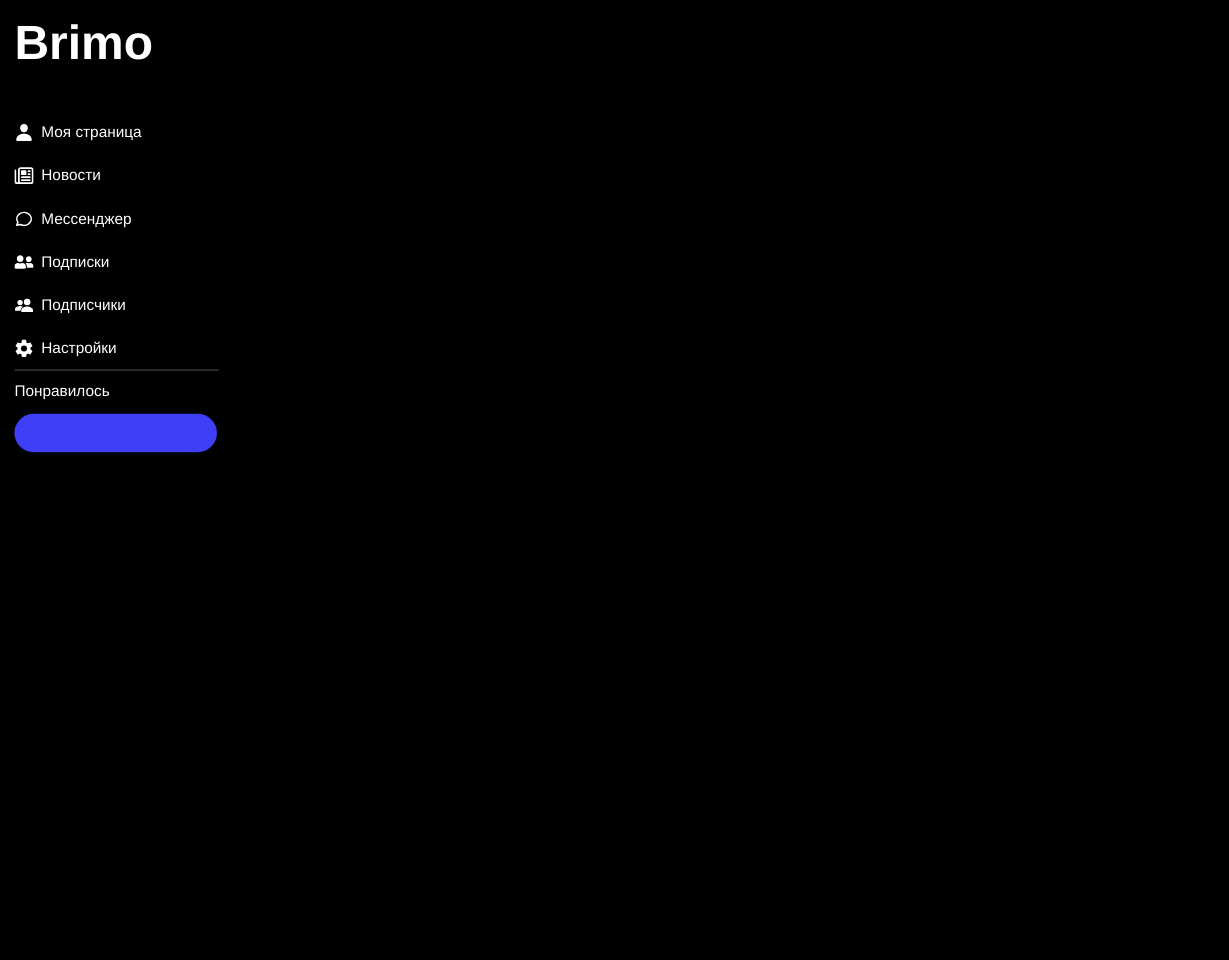
Repository: MaksimKrupkin/socialNetwork
Page: / (app in frontend/socialNetworkFrontend/)
These files come from the project's save history. The page is drawn as it stood at one moment and after the next save; the edit follows.
The browser window is 1280 px wide. The pictures show the whole page, at 96% of full size.
The project was rebuilt for these pictures with package versions that can differ from the ones it lists, and the page was loaded fresh each time. Also part of the build but not shown: frontend/socialNetworkFrontend/vite.config.js, frontend/socialNetworkFrontend/src/index.css.

Above is the page before, as saved 2024-11-27 20:13:19.

### frontend/socialNetworkFrontend/index.html
<!DOCTYPE html>
<html lang="en">
  <head>
    <meta charset="UTF-8" />
    <link rel="icon" type="image/svg+xml" href="/vite.svg" />
    <meta name="viewport" content="width=device-width, initial-scale=1.0" />
    <title>Brimo</title>
  </head>
  <body>
    <div id="root"></div>
    <script type="module" src="/src/main.jsx"></script>
  </body>
</html>

### frontend/socialNetworkFrontend/src/App.jsx
import './App.css';
import { Routes, Route } from 'react-router-dom';
import MainPage from './Pages/MainPage/MainPage';

function App() {
  return (
    <div>
      <Routes>
        <Route path="/" element={<MainPage />} />
      </Routes>
    </div>
  );
}

export default App;

### frontend/socialNetworkFrontend/src/Pages/MainPage/MainPage.jsx
import React from 'react';
import styles from './MainPage.module.scss';
import Navigation from '../../Components/Navigation/Navigation';

function MainPage() {
  return (
    <div className={styles.wrapper}>
      <header className={styles.header}>
        <div className={styles.logo}>Brimo</div>
      </header>
      <Navigation />
    </div>
  );
}
export default MainPage;

### frontend/socialNetworkFrontend/src/Pages/MainPage/MainPage.module.scss
.wrapper {
  margin: 0 auto;
  background-color: black;
  width: 100%;
  height: 1000px;
  color: white;
  font-weight: 700;
  font-family: 'Favorit Modern', 'Helvetica Neue', 'HelveticaNeue', Arial, Helvetica, sans-serif;
  .header {
    height: 100px;
    padding: 15px;
    .logo {
      font-size: 50px;
    }
  }
}

### frontend/socialNetworkFrontend/src/Components/Navigation/Navigation.jsx
import React from 'react';
import styles from './Navigation.module.scss';
import { FaRegNewspaper } from 'react-icons/fa6';
import { TbMessageCircle } from 'react-icons/tb';
import { IoPerson } from 'react-icons/io5';
import { FaUserFriends } from 'react-icons/fa';
import { IoPeopleSharp } from 'react-icons/io5';
import { IoSettingsSharp } from 'react-icons/io5';

const Navigation = () => {
  return (
    <div className={styles.wrapper}>
      <div className={styles.item}>
        <IoPerson fontSize={20} />
        <span className={styles.text}>Моя страница</span>
      </div>
      <div className={styles.item}>
        <FaRegNewspaper fontSize={20} />
        <span className={styles.text}>Новости</span>
      </div>
      <div className={styles.item}>
        <TbMessageCircle fontSize={20} />
        <span className={styles.text}>Мессенджер</span>
      </div>
      <div className={styles.item}>
        <FaUserFriends fontSize={20} />
        <span className={styles.text}>Подписки</span>
      </div>
      <div className={styles.item}>
        <IoPeopleSharp fontSize={20} />
        <span className={styles.text}>Подписчики</span>
      </div>
      <div className={styles.item}>
        <IoSettingsSharp fontSize={20} />
        <span className={styles.text}>Настройки</span>
      </div>
      <hr className={styles.line} />
      <div className={styles.item}>
        <span className={styles.text}>Понравилось</span>
      </div>
      <div className={styles.create_new}></div>
    </div>
  );
};

export default Navigation;

### frontend/socialNetworkFrontend/src/Components/Navigation/Navigation.module.scss
.wrapper {
  width: 19%;
  margin-top: 0px;
  padding: 15px;
  overflow-y: hidden;
}
.item {
  height: 45px;
  display: flex;
  align-items: center;
  justify-content: flex-start;
  gap: 8px;
}
.text {
  font-size: 16px;
  font-weight: 300;
}
.line {
  width: 100%;
  height: 0.5px;
  background-color: rgb(83, 83, 90);
  border: none;
}

.create_new {
  width: 99%;
  height: 40px;
  background-color: rgb(63, 63, 248);
  border-radius: 25px;
}

Loaded but not shown: frontend/socialNetworkFrontend/src/main.jsx (common file); frontend/socialNetworkFrontend/src/App.css (common file)

After the next save:
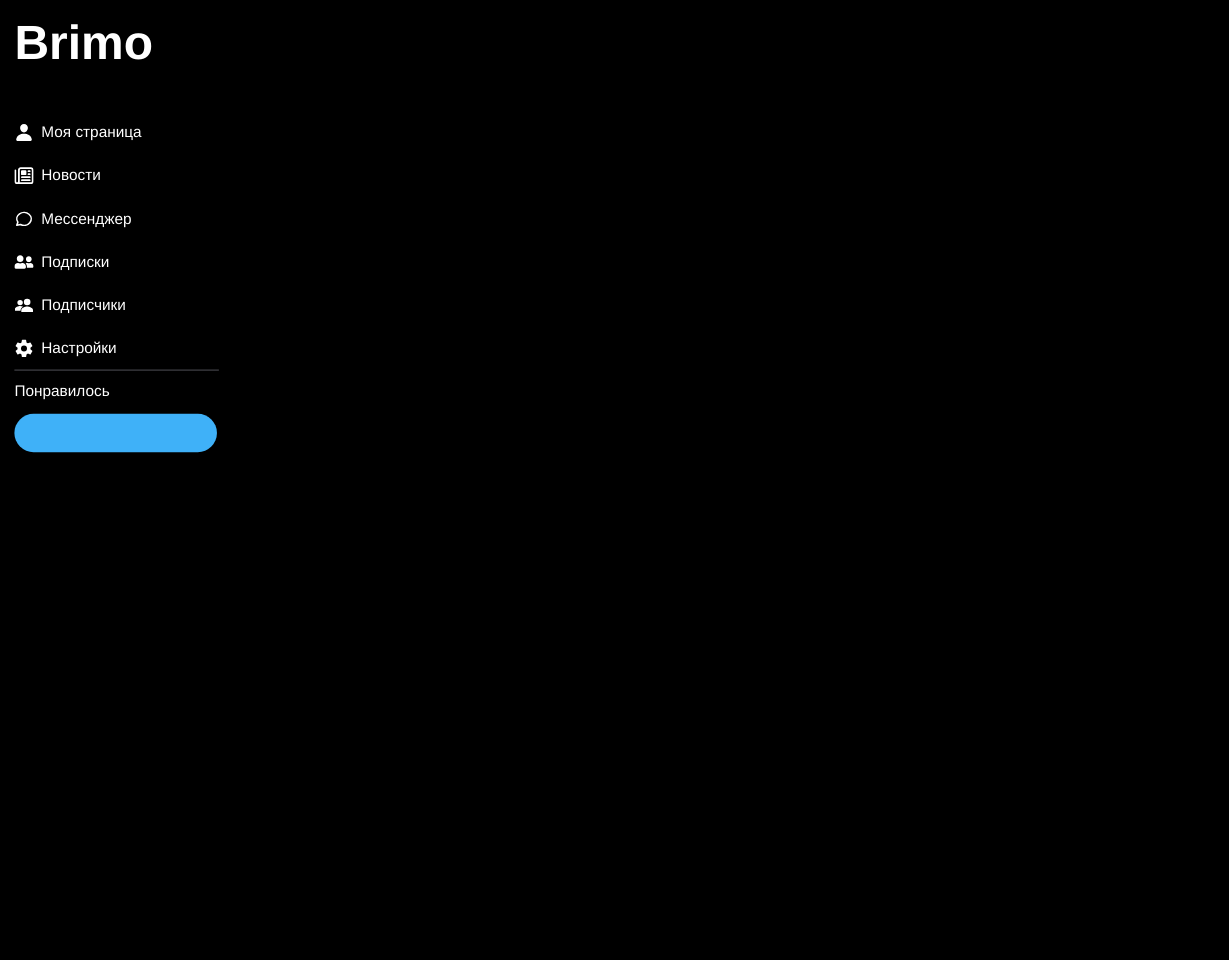
Saved 9 s later.
--- a/frontend/socialNetworkFrontend/src/Components/Navigation/Navigation.module.scss
+++ b/frontend/socialNetworkFrontend/src/Components/Navigation/Navigation.module.scss
@@ -25,6 +25,6 @@
 .create_new {
   width: 99%;
   height: 40px;
-  background-color: rgb(63, 63, 248);
+  background-color: rgb(63, 177, 248);
   border-radius: 25px;
 }
